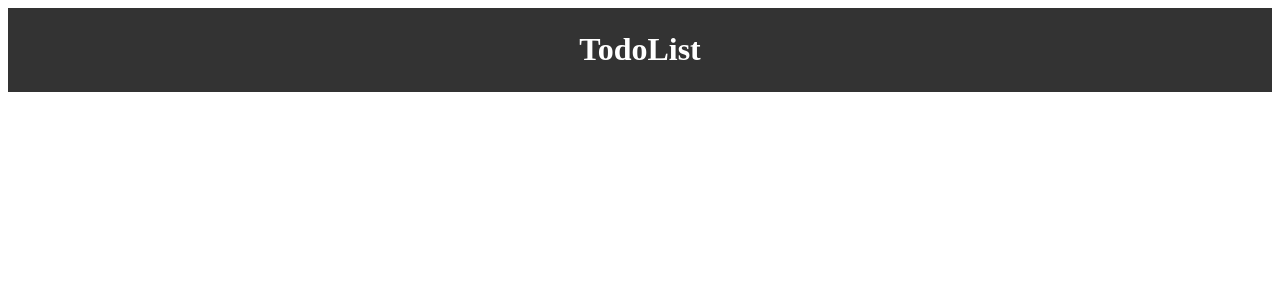
Repository: sumanthr18/TodoList
Page: /Header
The author's editor kept a copy of each file at every save. The page is drawn from the files as they stood at one save, then again after the next save.
The browser window is 1280 px wide. The pictures show the whole page.
The project was rebuilt for these pictures with package versions that can differ from the ones it lists, and the page was loaded fresh each time. A package was used in the major version that the imports need, not the one package.json lists. Also part of the build but not shown: src/components/TodoItem.js, src/components/Todos.js, src/components/AddTodo.js, src/components/About.js.

Above is the page before, as saved 2020-03-08 19:57:16.

After the next save:
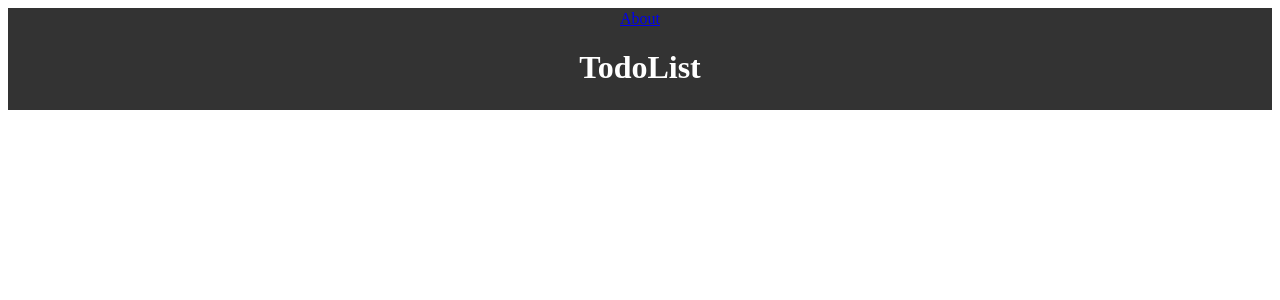
Saved 2 min 52 s later.
--- a/src/components/Header.js
+++ b/src/components/Header.js
@@ -1,8 +1,10 @@
 import React from 'react';
+import { Link } from 'react-router-dom';
 
 function Header(){
     return(
         <header style={headerStyle}>
+            <Link to='/About'>About</Link>
             <h1>TodoList</h1>
         </header>
     )
